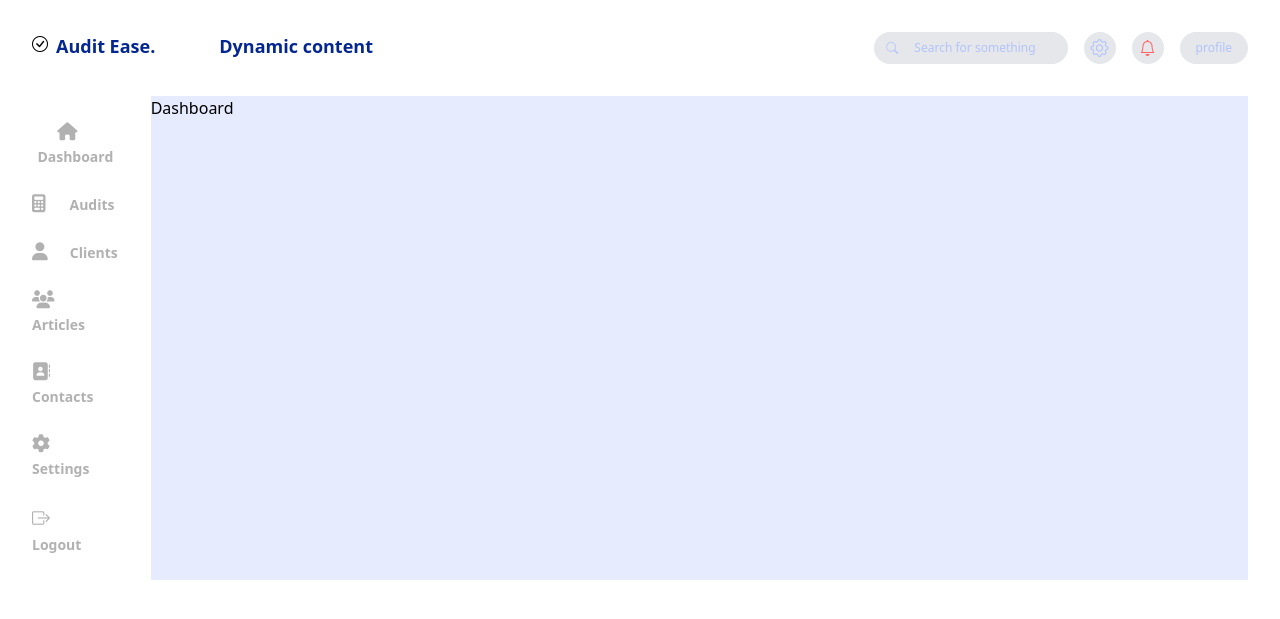
Repository: EclipticCode/Audit-Ease-FE
Page: /
An editor plug-in stored every save of this project. The page is shown before and after a run of saves, followed by the edit.
The browser window is 1280 px wide. The pictures show the whole page.
Some web libraries are served in a nearby version. The project was rebuilt for these pictures with package versions that can differ from the ones it lists, and the page was loaded fresh each time. Also part of the build but not shown: vite.config.js, Login.jsx, src/Navbar.jsx, src/Pages/Audits.jsx, src/Pages/Articles.jsx, src/Pages/Clients.jsx, src/Pages/Contacts.jsx, src/Sidebar.jsx and 1 more.

Above is the page before, as saved 2025-03-27 23:06:25.

### index.html
<!doctype html>
<html lang="en">
  <head>
    <meta charset="UTF-8" />
    <link rel="icon" type="image/svg+xml" href="" />
    <meta name="viewport" content="width=device-width, initial-scale=1.0" />
    <title>Audit Ease</title>
     <!-- Bootstrap Icon link-->
     <link
     rel="stylesheet"
     href="https://cdn.jsdelivr.net/npm/bootstrap-icons@1.11.3/font/bootstrap-icons.min.css"
   />
    <!-- Font awesome CDN -->
    <link rel="stylesheet" href="https://cdnjs.cloudflare.com/ajax/libs/font-awesome/6.6.0/css/all.min.css">
  </head>
  <body>
    <div id="root"></div>
    <script type="module" src="/src/main.jsx"></script>
  </body>
</html>

### src/main.jsx
import React from "react";
import ReactDOM from "react-dom/client";
import App from "./App";
import "./index.css"; // Ensure Tailwind styles are imported
import { BrowserRouter } from "react-router-dom";

ReactDOM.createRoot(document.getElementById("root")).render(
  <React.StrictMode>
      <BrowserRouter>
        <App />
      </BrowserRouter>
  </React.StrictMode>
);

### src/App.jsx
import React from 'react'
import Login from '../Login'
import Navbar from './Navbar'
import NavandSideBar from './NavandSideBar'
import Dashboard from './Pages/Dashboard'
import Audits from './Pages/Audits'
import Articles from './Pages/Articles'
import Clients from './Pages/Clients'
import Contacts from './Pages/Contacts'
import Layout from './Layout'
import { Route, Routes } from 'react-router-dom'

const App = () => {
  return (
   <div>
      <NavandSideBar/>

      <Routes>
        <Route path='/' element={<Layout/>}></Route>
        <Route index element={<Dashboard/>}></Route>
        <Route path='/audits' element={<Audits/>}></Route>
        <Route path='/articles' element={<Articles/>}></Route>
        <Route path='/clients' element={<Clients/>}></Route>
        <Route path='/contacts' element={<Contacts/>}></Route>
      </Routes>
   </div>
  )
}

export default App

### src/index.css
@import url('https://fonts.googleapis.com/css2?family=Roboto:ital,wght@0,100..900;1,100..900&display=swap');

@import "tailwindcss";

@theme {
  --font-roboto: "Roboto", sans-serif;
  --font-weight-light: 300;
  --font-weight-normal: 400;
  --font-weight-medium: 500;
  --font-weight-semibold: 600;
  --font-weight-bold: 700;
  --color-soft-primary: #B2C4FB;
  --color-light-primary: #053ADA;
  --color-dark-primary: #032691;
  --color-deep-primary: #021655;
  --color-bg-primary: #E6ECFE;
  --color-soft-secondary: #FFFFFF;
  --color-light-secondary: #B1B1B1;
  --color-dark-secondary: #263238;
  --color-deep-secondary: #000000;
}

### src/NavandSideBar.jsx
import React from 'react'
import { Link } from 'react-router-dom'

const NavandSideBar = () => {
  return (
    <div className='m-8'>
        <div className='flex flex-row justify-between'>
            <div className='flex'>
            <span><i className="bi bi-check-circle pr-2"></i></span>
            <div className='font-bold text-lg text-dark-primary'>Audit Ease.</div>
            <div className='ml-16 font-bold text-lg text-dark-primary'>Dynamic content</div>
            </div>
            <div className='flex space-x-4'>
            <div className="bg-gray-200 flex items-center justify-center rounded-full text-xs pl-3 pr-8 py-4 w-auto h-4 text-soft-primary">
              <span><i className="bi bi-search pr-4"></i></span> <span>Search for something</span>
            </div>
            <div className="bg-gray-200 flex items-center justify-center rounded-full text-lg p-4 w-8 h-4  text-soft-primary"><i className="bi bi-gear"></i></div>
            <div className="bg-gray-200 flex items-center justify-center rounded-full text-md p-4 w-8 h-4 text-red-400"><i className="bi bi-bell"></i></div>
            <div className="bg-gray-200 flex items-center justify-center rounded-full text-xs p-4 w-auto h-4 text-soft-primary">profile</div>
            </div>
        </div>
    </div>
  )
}

export default NavandSideBar

### src/Pages/Dashboard.jsx
import React from 'react'
import { Link } from 'react-router-dom'

const Dashboard = () => {
  return (
     <div className='grid grid-cols-12 gap-4 m-8'>
        <div>
          <div className='flex flex-col col-start-1 col-end-3 text-light-secondary mt-6'>
              <div className='mb-6'>
              <button>
              <span><i className="fa-solid fa-house mr-4 text-lg"></i></span><span className='font-semibold text-sm'>
                  <Link to={`/`}>Dashboard</Link>
                  </span></button>
              </div>
              <div className='mb-6'><span><i className="fa-solid fa-calculator mr-6 text-lg"></i></span><span className='font-semibold text-sm'><Link to={`/audits`}>Audits</Link></span></div>
              <div className='mb-6'><span><i className="fa-solid fa-user mr-5.5 text-lg"></i></span><span className='font-semibold text-sm'><Link to={`/clients`}>Clients</Link></span></div>
              <div className='mb-6'><span><i className="fa-solid fa-users mr-4.5 text-lg"></i></span><span className='font-semibold text-sm'><Link to={`/articles`}>Articles</Link></span></div>
              <div className='mb-6'><span><i className="fa-solid fa-address-book mr-5.5 text-lg"></i></span><span className='font-semibold text-sm'><Link to={`/contacts`}>Contacts</Link></span></div>
              <div className='mb-6'><span><i className="fa-solid fa-gear mr-6 text-lg"></i></span><span className='font-semibold text-sm'>Settings</span></div>
              <div className='mb-6'><span><i className="bi bi-box-arrow-right mr-6 text-lg"></i></span><span className='font-semibold text-sm'>Logout</span></div>
          </div>
          </div>
        <div className='col-span-11 col-end-13 ml-4 bg-bg-primary'>Dashboard</div>
      </div>
  )
}

export default Dashboard

After the next 2 saves:
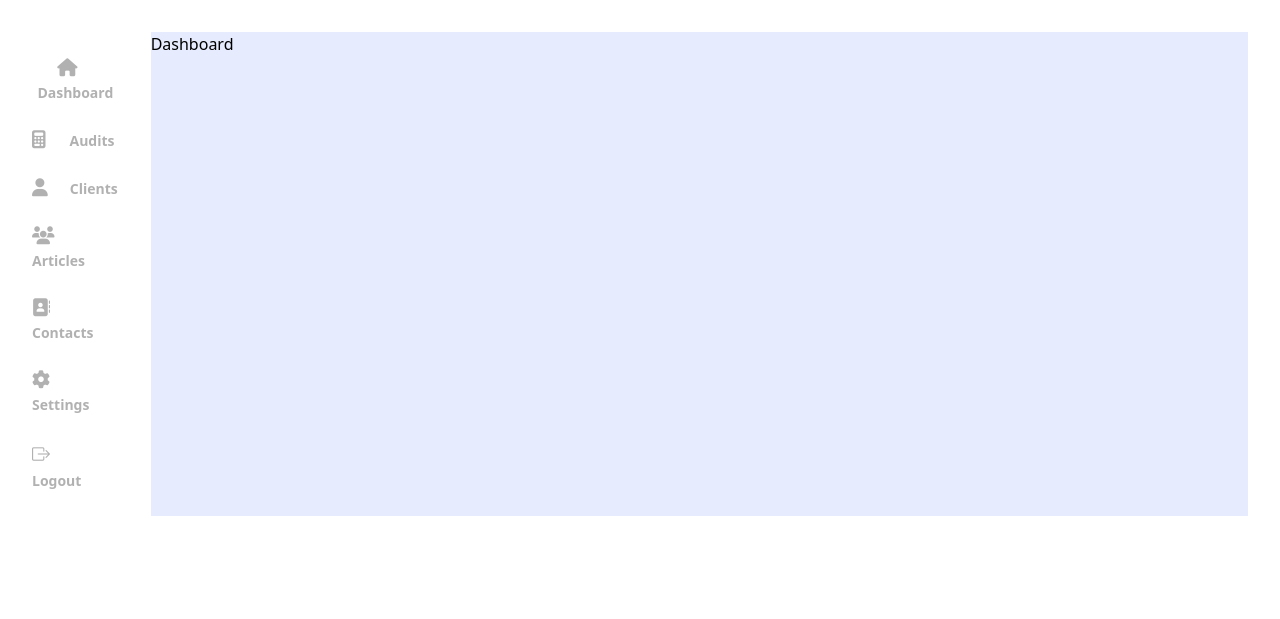
The 2 saves are shown as one change because they came seconds apart.
The last was saved 13 s later.
--- a/src/App.jsx
+++ b/src/App.jsx
@@ -7,17 +7,15 @@
 import Articles from './Pages/Articles'
 import Clients from './Pages/Clients'
 import Contacts from './Pages/Contacts'
-import Layout from './Layout'
 import { Route, Routes } from 'react-router-dom'
 
 const App = () => {
   return (
    <div>
-      <NavandSideBar/>
+      {/* <NavandSideBar/> */}
 
       <Routes>
-        <Route path='/' element={<Layout/>}></Route>
-        <Route index element={<Dashboard/>}></Route>
+        <Route path='/' element={<Dashboard/>}></Route>
         <Route path='/audits' element={<Audits/>}></Route>
         <Route path='/articles' element={<Articles/>}></Route>
         <Route path='/clients' element={<Clients/>}></Route>

After the save that followed:
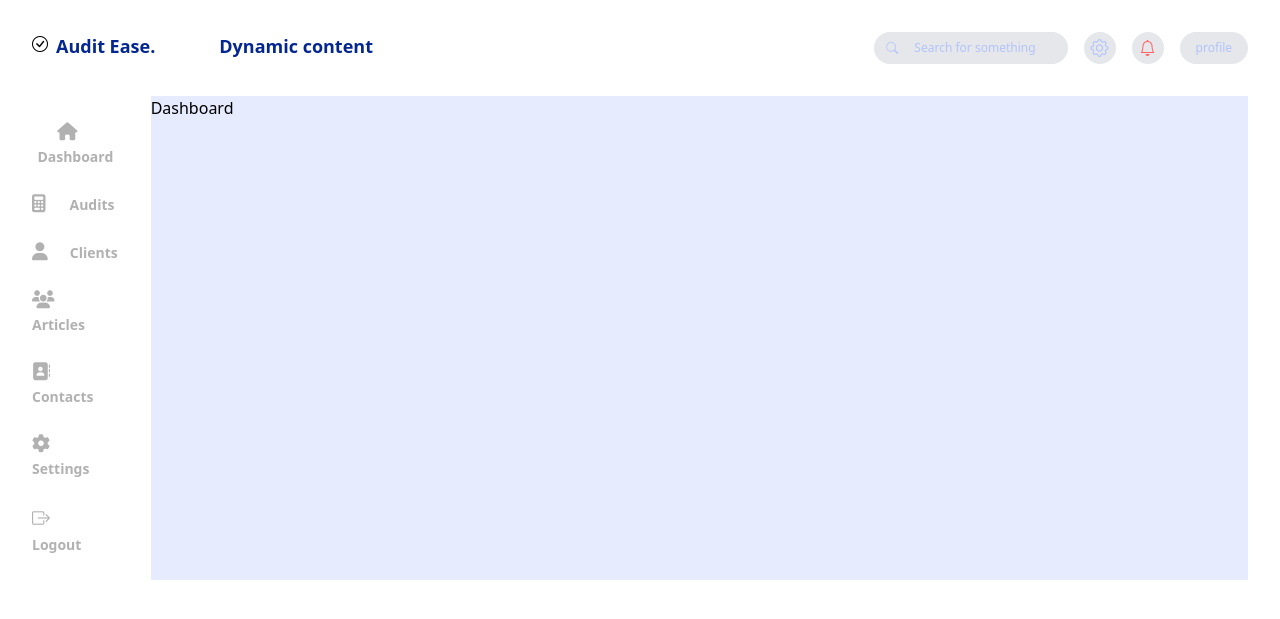
Saved 9 s later.
--- a/src/App.jsx
+++ b/src/App.jsx
@@ -12,8 +12,7 @@
 const App = () => {
   return (
    <div>
-      {/* <NavandSideBar/> */}
-
+      <NavandSideBar/>
       <Routes>
         <Route path='/' element={<Dashboard/>}></Route>
         <Route path='/audits' element={<Audits/>}></Route>
